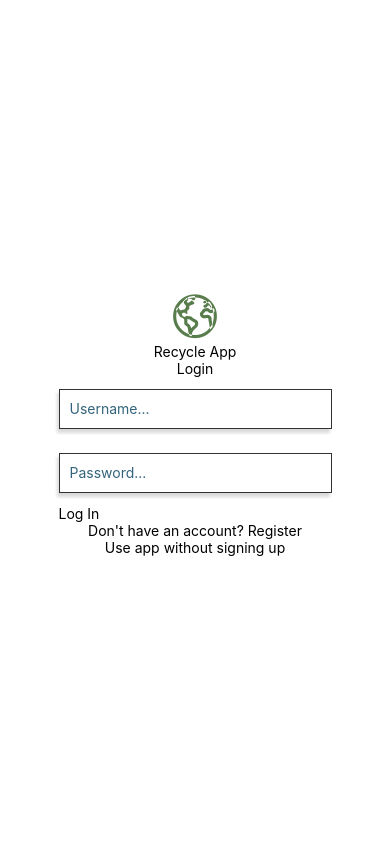
Repository: ct-pham/COMP4511
Screen: / (app in comp4511/)
The author's editor kept a copy of each file at every save. The screen is drawn from the files as they stood at one save, then again after the next save.
The app was drawn by React Native's web renderer in a window 390 px wide. The project was rebuilt for these pictures with package versions that can differ from the ones it lists, and the page was loaded fresh each time.

Above is the screen before, as saved 2022-11-07 15:42:58.

### comp4511/App.js

// import { NavigationContainer } from 'react-navigation/native';
// import { createNativeStackNavigator } from 'react-navigation/native-stack';
import Login from './Components/Login';
//import Register from './Components/Register';

export default function App() {
  return (
    // <NavigationContainer>
    //   <Stack.Navigator initialRouteName="Home">
    //     <Stack.Screen name="Login" component={Login} />
    //     <Stack.Screen name="Register" component={Register} />
    //   </Stack.Navigator>
    // </NavigationContainer>
    <Login />
  );
}

### comp4511/Components/Login.js
import {
    StyleSheet,
    Text,
    View,
    TextInput,
    TouchableOpacity,
} from 'react-native';

import Icon from 'react-native-vector-icons/Ionicons';

export default function Login( {navigation}) {
    return (
        <View style={styles.container}>
            <View>
                <Icon
                    name = "earth-outline"
                    size = {50}
                    color = "#587C4B"
                />
            </View>

            <Text style = {styles.title}>Recycle App</Text>
            <Text>Login</Text>
            <View style={styles.inputView}>
                <TextInput
                    style={styles.TextInput}
                    placeholder="Username..."
                    placeholderTextColor="#003f5c"
                />
            </View>

            <View style={styles.inputView}>
                <TextInput
                    style={styles.TextInput}
                    placeholder="Password..."
                    placeholderTextColor="#003f5c"
                    secureTextEntry={true}
                />
            </View>

            <TouchableOpacity style = {styles.button}>
                <Text style={styles.loginBtn}>Log In</Text>
            </TouchableOpacity>

            <TouchableOpacity
                onPress = {console.log('Register')}
            >
                <Text style={styles.loginBtn}>Don't have an account? Register</Text>
            </TouchableOpacity>

            <TouchableOpacity>
                <Text style={styles.loginBtn}>Use app without signing up</Text>
            </TouchableOpacity>

        </View>
    );
}

const styles = StyleSheet.create({
    container: {
        flex: 1,
        backgroundColor: '#ffffff',
        alignItems: 'center',
        justifyContent: 'center',
    },
    inputView: {
        backgroundColor: '#ffffff',
        borderWidth: 1,
        borderColor: '#000000',
        height: 40,
        width: '70%',
        margin: 12,
        borderWidth: 1,
        padding: 10,
        shadowColor: '#171717',
        shadowOffset: {width: -2, height: 4},
        shadowOpacity: 0.2,
        shadowRadius: 3,
        opacity: 0.8,
    },
    button: {
        width: '70%',
        borderRadius: 25,
    }
});

After the next save:
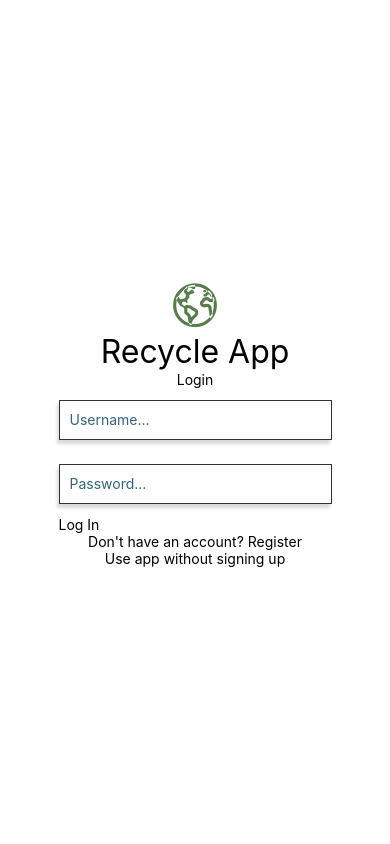
Saved 31 s later.
--- a/comp4511/Components/Login.js
+++ b/comp4511/Components/Login.js
@@ -81,5 +81,9 @@ const styles = StyleSheet.create({
     button: {
         width: '70%',
         borderRadius: 25,
+    },
+    title: {
+        fontSize: 32,
+        fontWeight: 'semibold',
     }
 });
